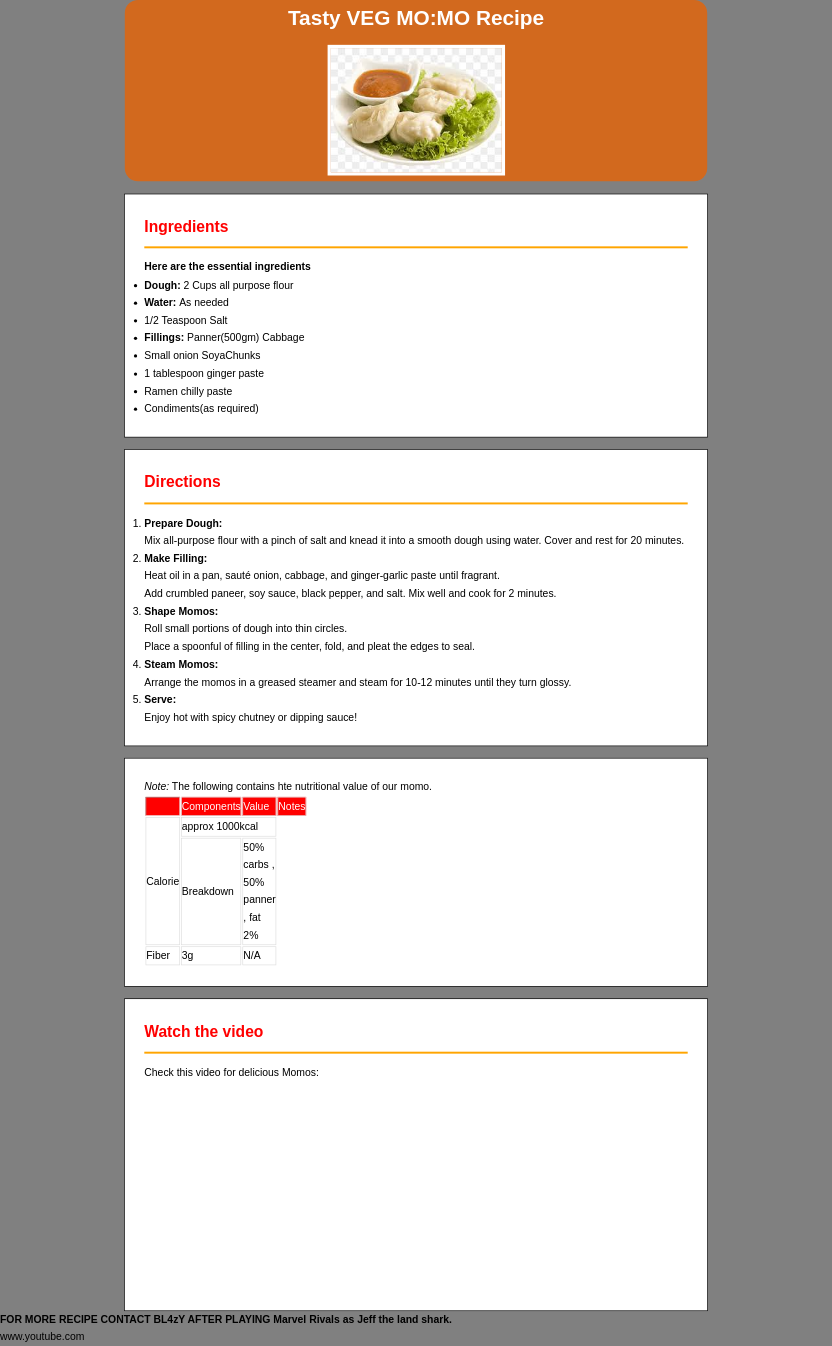
Repository: GigaByte6610/recipe
Page: index.html
These files come from the project's save history. The page is drawn as it stood at one moment and after the next save; the edit follows.
The browser window is 1280 px wide. The pictures show the whole page, at 65% of full size.
Pictures or frames that could not be fetched are drawn as grey boxes.

Above is the page before, as saved 2025-02-05 04:36:37.

After the next save:
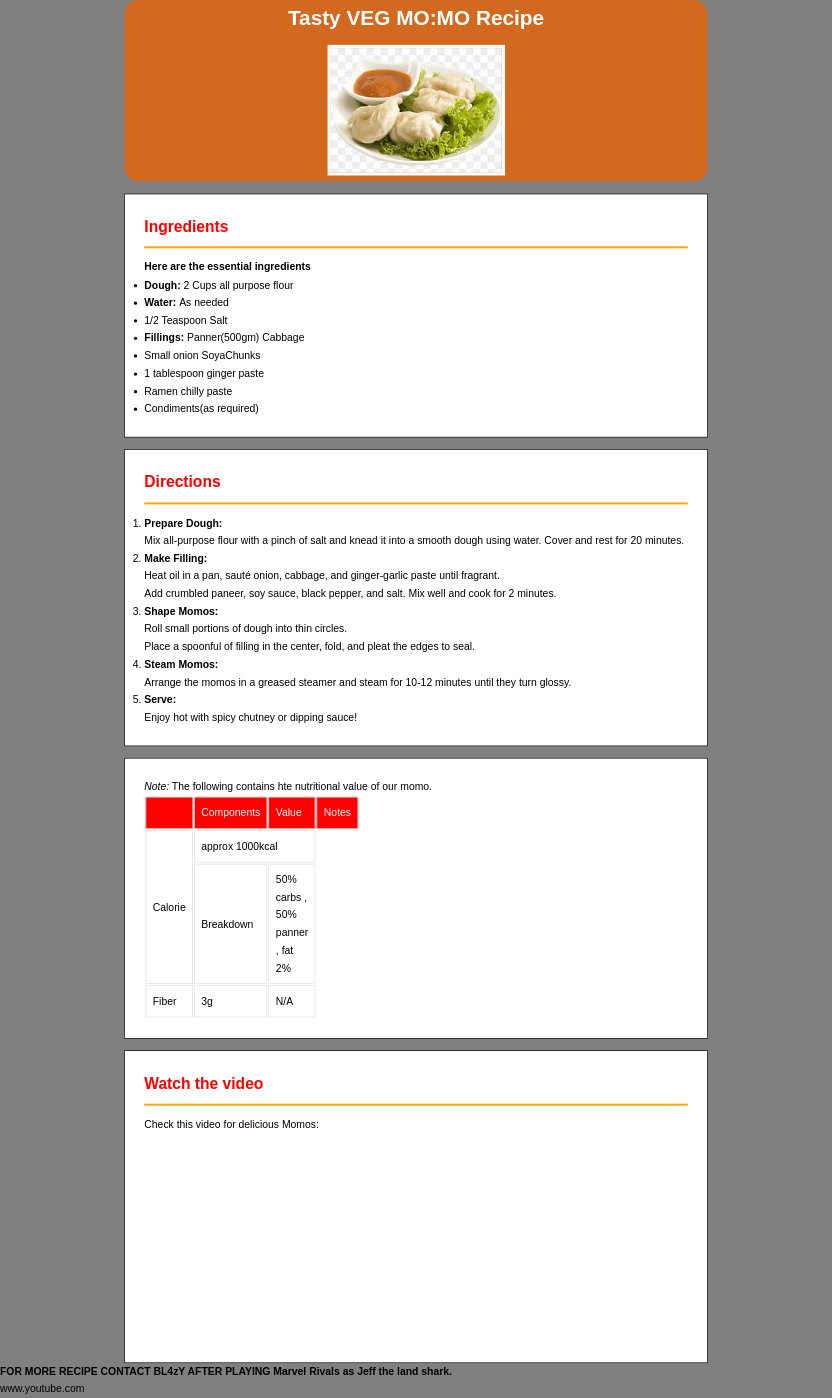
Saved 19 s later.
--- a/style.css
+++ b/style.css
@@ -57,6 +57,8 @@ thead {
     color: white;
 }
 
-td {
+td,
+th {
     border: 1px solid #ddd;
+    padding: 10px;
 }
